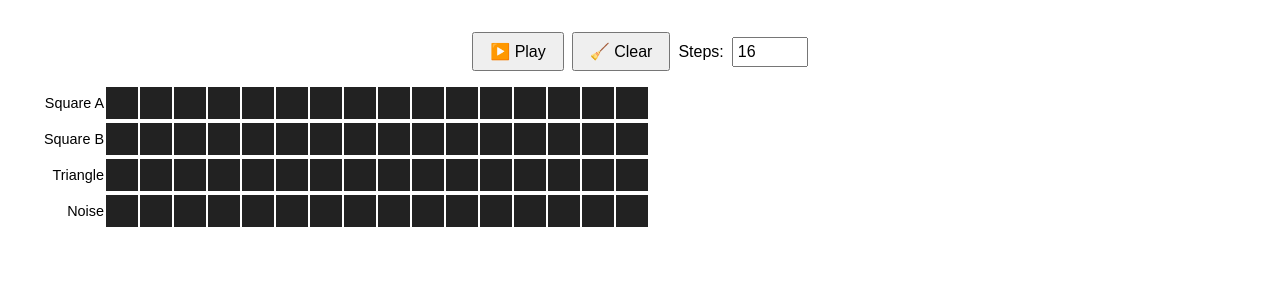
Repository: Aldentec/8-bit-Composer
Page: index.html
An editor plug-in stored every save of this project. The page is shown before and after the next save, followed by the edit.
The browser window is 1280 px wide. The pictures show the whole page.
Some web libraries are served in a nearby version.

Above is the page before, as saved 2025-05-28 08:49:13.

After the next save:
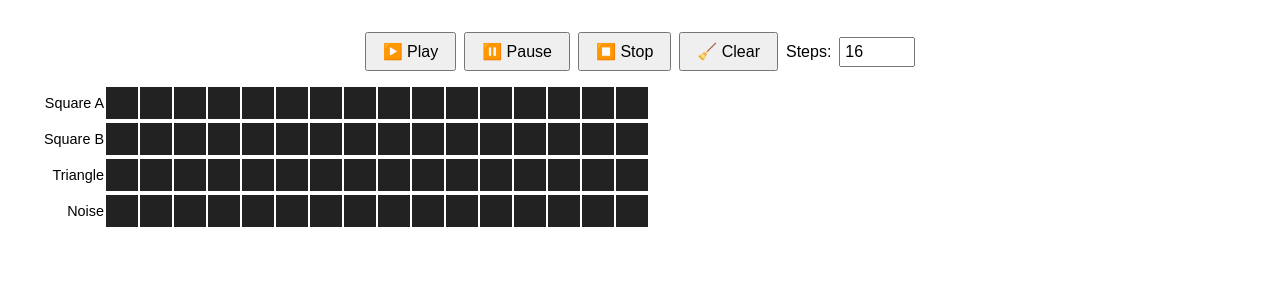
Saved 3 min 26 s later.
--- a/index.html
+++ b/index.html
@@ -6,18 +6,16 @@
   <link rel="stylesheet" href="style.css">
 </head>
 <body>
-  <div id="controls">
-    <button id="play">▶️ Play</button>
-    <button id="clear">🧹 Clear</button>
-    <label for="steps-input">Steps:</label>
-    <input
-        id="steps-input"
-        type="number"
-        min="1"
-        value="16"
-        style="width:4rem;"
-    >
-</div>
+    <div id="controls">
+        <button id="play">▶️ Play</button>
+        <button id="pause">⏸️ Pause</button>
+        <button id="stop">⏹️ Stop</button>
+        <button id="clear">🧹 Clear</button>
+
+        <label for="steps-input">Steps:</label>
+        <input id="steps-input" type="number" min="1" value="16" style="width:4rem;">
+    </div>
+
 
   <div id="grid"></div>
 
